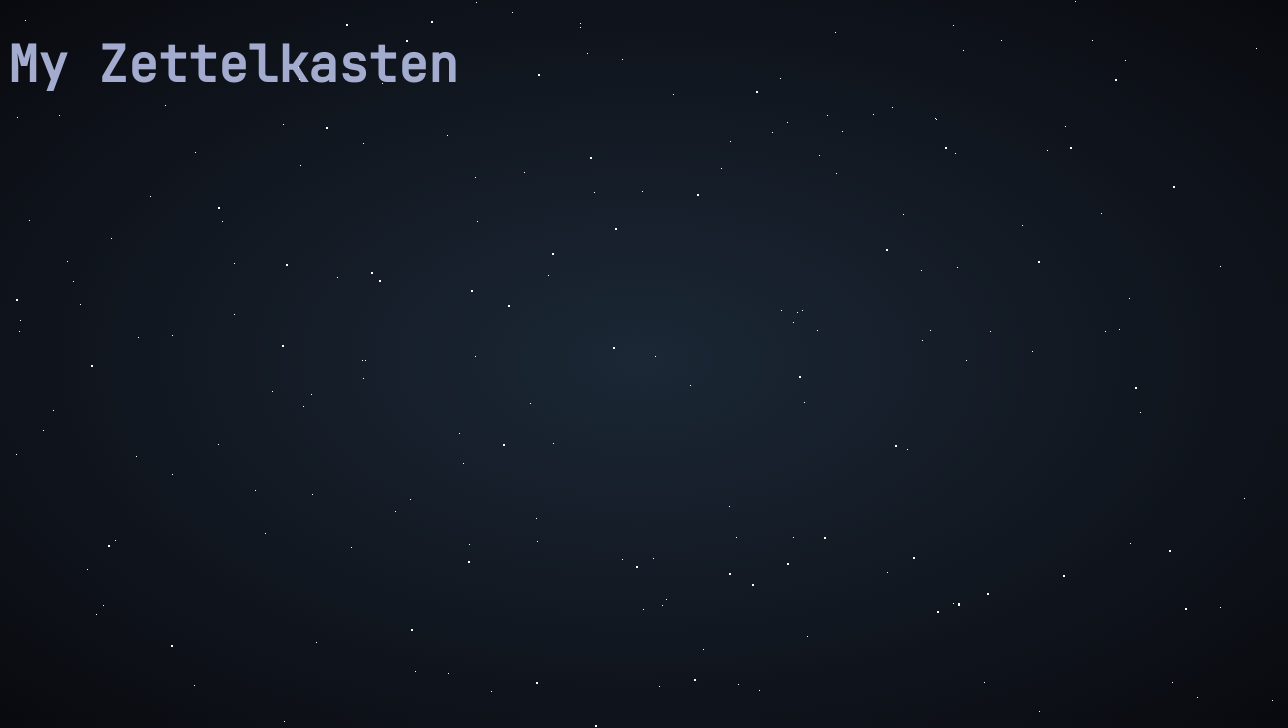
Repository: EliotKhachi/publicZk
Page: zettelkasten.html
These files come from the project's save history. The page is drawn as it stood at one moment and after the next save; the edit follows.
The browser window is 1280 px wide. The page is 1288 px wide, so the pictures cover 1288 px, including what lies to the right of the window. The pictures show the whole page.

Above is the page before, as saved 2023-10-01 17:31:52.

### zettelkasten.html
<!DOCTYPE html>
<html lang="en">
  <head>
    <meta charset="UTF-8" />
    <meta name="viewport" content="width=device-width, initial-scale=1.0" />
    <meta http-equiv="X-UA-Compatible" content="ie=edge" />
    <title>Eliot Khachi</title>
    <link rel="stylesheet" type="text/css" href="./zettelkasten.css" />
    <link
      href="https://fonts.googleapis.com/css2?family=JetBrains+Mono:wght@400&display=swap"
      rel="stylesheet"
    />
  </head>
  <body>
    <div class="wrapper">
      <div id="stars"></div>
      <div id="stars2"></div>
      <div id="stars3"></div>
    </div>
    <div class="parent">
      <h1 id="title">My Zettelkasten</h1>
      <div class="container"></div>
    </div>
    <script src="js/script.js"></script>
  </body>
</html>

### zettelkasten.css
@import "stars.css"; /* BACKGROUND CSS */

/* CSS VARIABLES */
:root {
  --primary-color: #a3acce;
  --background-color-light: #1b2735;
  --background-color-medium: #091320;
  --background-color-dark: #090a0f;
  --text-opacity: 70%;
  --text-opacity-on-hover: 100%;
}

/* GENERAL CSS */
html {
    height: 100%;
    width: 100%;
}

img {
  width: 100%;
  height: 100%;
}

body {
  height: 100%;
  width: 100%;
  overflow: auto;
  background: radial-gradient(
    ellipse,
    var(--background-color-light) 0%,
    var(--background-color-dark) 100%
  );
  color: var(--primary-color);
  font-family: "JetBrains Mono", monospace;
}

h1 {
    margin-top: 20px;
    font-size: 50px;
}

h2 {
  margin: 20px;
  margin-bottom: 0px;
  font-size: 36px;
  line-height: 45px;
}

p {
  margin: 40px;
  font-size: 24px;
  line-height: 35px;
}

a {
  color: white;
  text-decoration: none;
}

a:hover {
  text-decoration: underline;
}

ul {
    font-size: 20px;
    line-height: 30px;

}

th, td {
    font-size: 20px;
    border: 3px solid var(--primary-color);
    padding: 8px;
    text-align: left;
}
th {
    font: bold;
    background-color: var(--primary-color);
    color: var(--background-color-dark);
}

Loaded but not shown: stars.css (507 lines, source omitted); script.js (no copy from this time; the picture is the same without it)

After the next save:
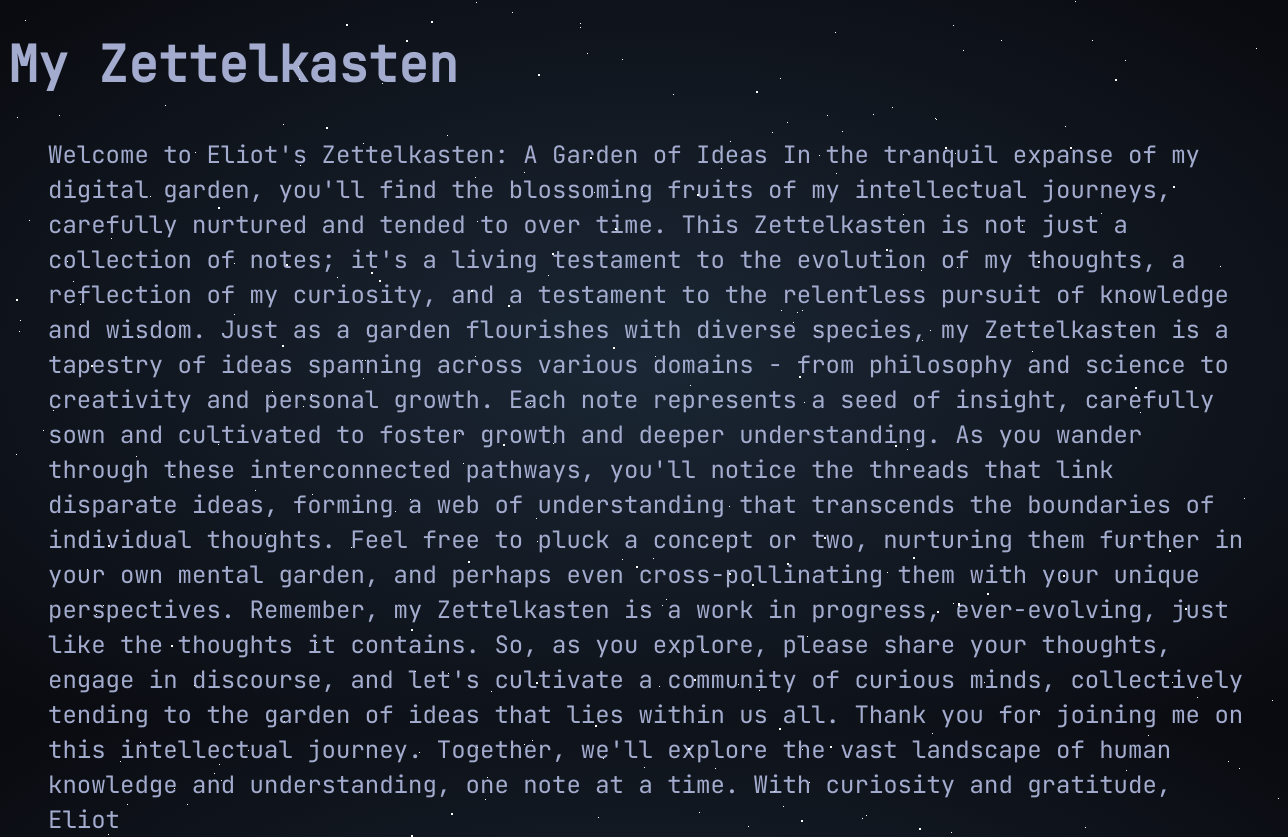
Saved 61 s later.
--- a/zettelkasten.html
+++ b/zettelkasten.html
@@ -19,7 +19,25 @@
     </div>
     <div class="parent">
       <h1 id="title">My Zettelkasten</h1>
-      <div class="container"></div>
+      <div class="container">
+        <p>
+          Welcome to Eliot's Zettelkasten: A Garden of Ideas
+
+In the tranquil expanse of my digital garden, you'll find the blossoming fruits of my intellectual journeys, carefully nurtured and tended to over time. This Zettelkasten is not just a collection of notes; it's a living testament to the evolution of my thoughts, a reflection of my curiosity, and a testament to the relentless pursuit of knowledge and wisdom.
+
+Just as a garden flourishes with diverse species, my Zettelkasten is a tapestry of ideas spanning across various domains - from philosophy and science to creativity and personal growth. Each note represents a seed of insight, carefully sown and cultivated to foster growth and deeper understanding.
+
+As you wander through these interconnected pathways, you'll notice the threads that link disparate ideas, forming a web of understanding that transcends the boundaries of individual thoughts. Feel free to pluck a concept or two, nurturing them further in your own mental garden, and perhaps even cross-pollinating them with your unique perspectives.
+
+Remember, my Zettelkasten is a work in progress, ever-evolving, just like the thoughts it contains. So, as you explore, please share your thoughts, engage in discourse, and let's cultivate a community of curious minds, collectively tending to the garden of ideas that lies within us all.
+
+Thank you for joining me on this intellectual journey. Together, we'll explore the vast landscape of human knowledge and understanding, one note at a time.
+
+With curiosity and gratitude,
+
+Eliot
+        </p>
+      </div>
     </div>
     <script src="js/script.js"></script>
   </body>
